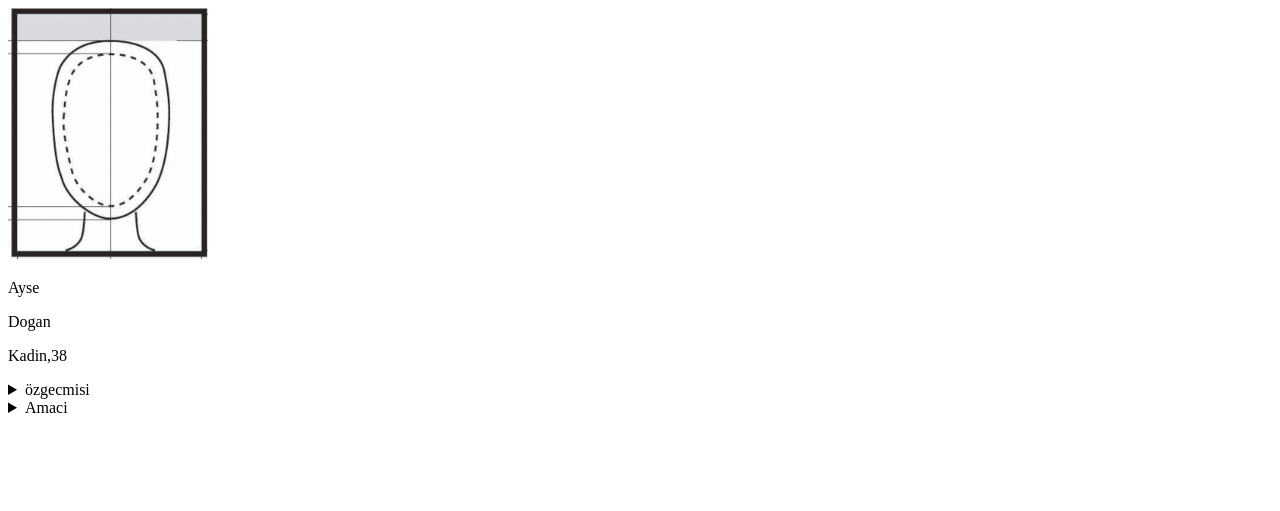
Repository: aysedo/html
Page: Week_2/profile/index.html
The author's editor kept a copy of each file at every save. The page is drawn from the files as they stood at one save, then again after the next save.
The browser window is 1280 px wide. The pictures show the whole page.

Above is the page before, as saved 2021-08-25 23:15:10.

### Week_2/profile/index.html
<!DOCTYPE html>
<html lang="en">
  <head>
    <meta charset="UTF-8" />
    <meta http-equiv="X-UA-Compatible" content="IE=edge" />
    <meta name="viewport" content="width=device-width, initial-scale=1.0" />
    <title>Profil ödevi</title>
  </head>
  </body>
    <img src="./ornek.png" width="200" alt="bos cerceve">
          <p> Ayse </p>
          <p> Dogan </p>
          <p> Kadin,38 </p>
          <details>
            <summary>özgecmisi</summary>
            <pre>
                  1996-1999  Oberstufe
                  1999-2001  Coiffeurfachschule
                  2001-2010  Sonova Ag
                  2011-2012  Belimo
                  2012       Coop Megastore Volkiland
                  2021       Coop to go oerlikon
            </pre>
          </details>
            <details>
            <summary> Amaci </summary>
            <pre>
              Bu kurs ile cok iyi bir programci olup, bir is bulmayi amacliyorum.<br/>
               IT alaninda programcilara cok ihtiyac olundugunu biliyorum hedefim kursu basariyla bitirmek.
            </pre>
            </details>









  </body>
</html>

After the next save:
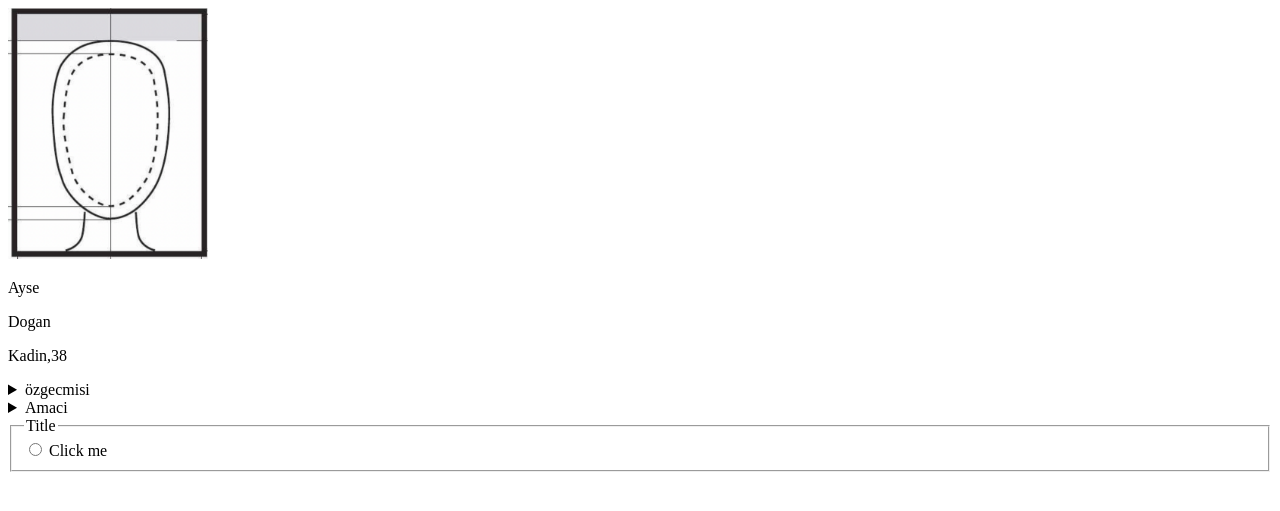
Saved 77 s later.
--- a/Week_2/profile/index.html
+++ b/Week_2/profile/index.html
@@ -29,6 +29,13 @@
                IT alaninda programcilara cok ihtiyac olundugunu biliyorum hedefim kursu basariyla bitirmek.
             </pre>
             </details>
+            <form action="test.php" method="post">
+              <fieldset>
+                <legend>Title</legend>
+                <input type="radio" id="radio">
+                <label for="radio">Click me</label>
+              </fieldset>
+            </form>
 
 
 
